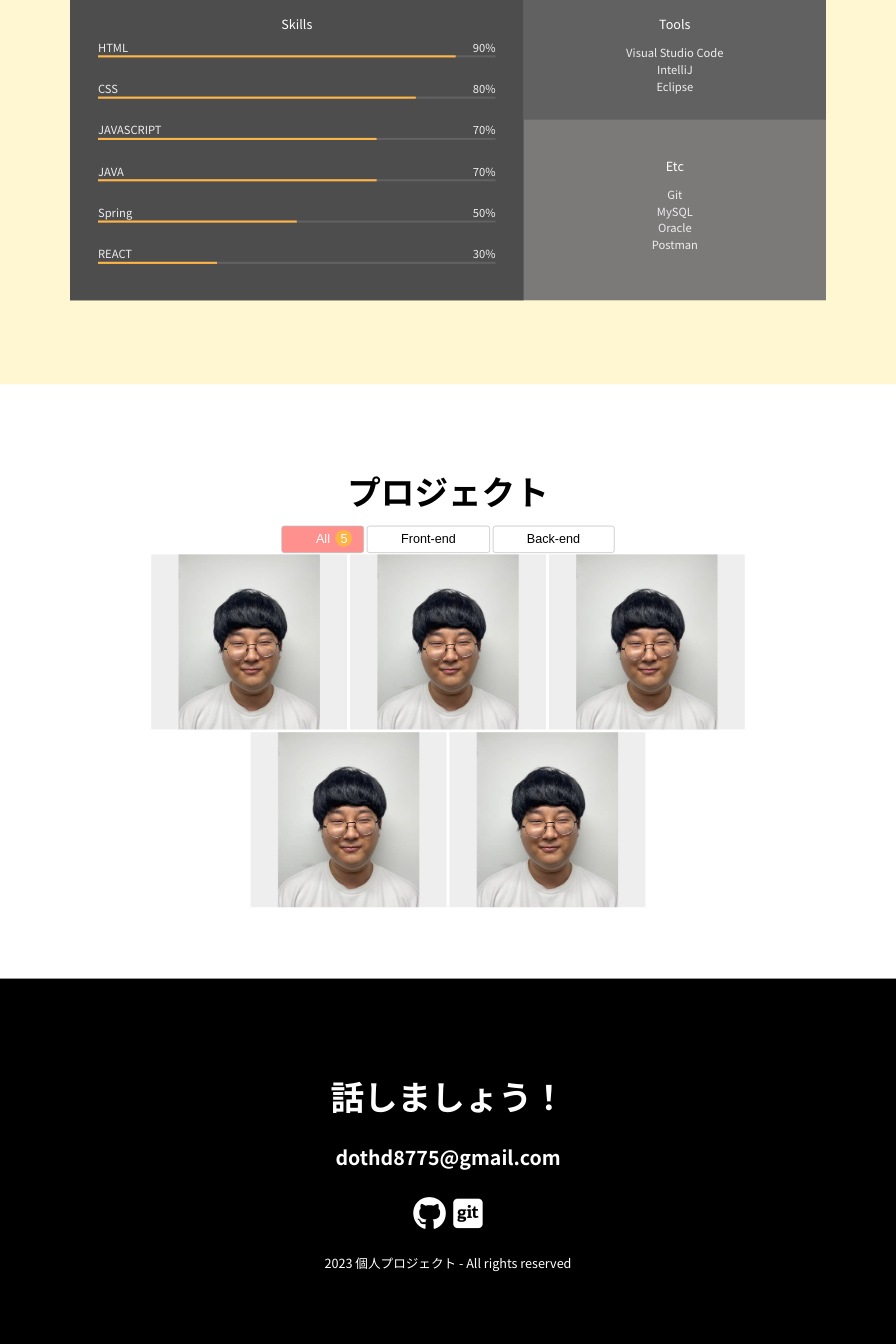
Repository: N1C0N1C0/website_introduction
Page: index.html
The author's editor kept a copy of each file at every save. The page is drawn from the files as they stood at one save, then again after the next save.
The browser window is 1280 px wide. The pictures show the part of the page from y = 1860 to 3780 px (the page is 3780 px tall), at 70% of full size.
Some web libraries are served in a nearby version.

Above is the page before, as saved 2023-08-29 03:16:40.

After the next save:
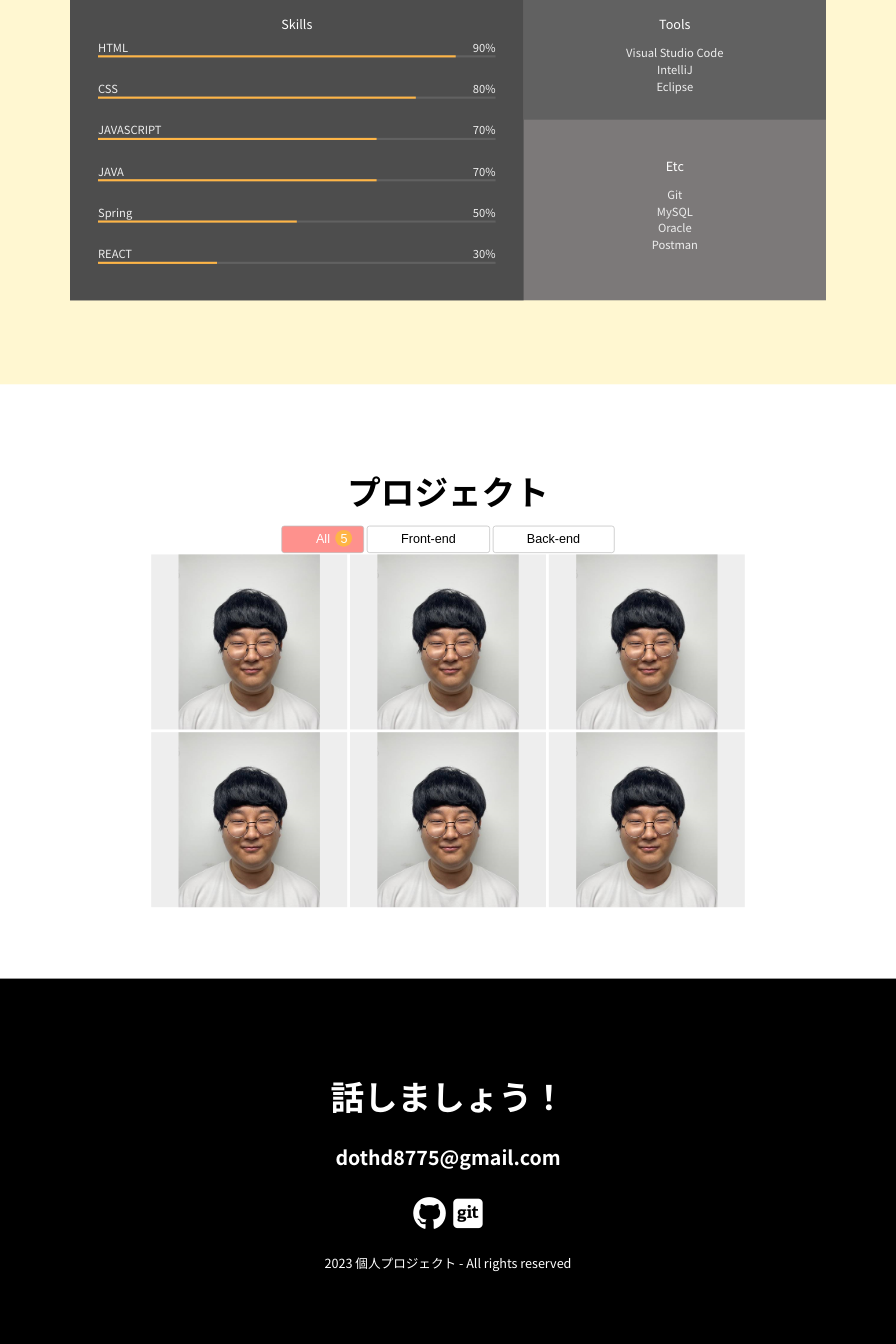
Saved 30 s later.
--- a/index.html
+++ b/index.html
@@ -278,6 +278,22 @@
             <span>Clone coding with HTML and CSS</span>
           </div>
         </a>
+        <a
+          href="https://www.youtube.com/@dream-coding"
+          class="project"
+          target="_blank"
+          data-type="back-end"
+        >
+          <img
+            src="imgs/projects/안종민.png"
+            alt="Anzang"
+            class="project__img"
+          />
+          <div class="project__description">
+            <h3>Youtube Site</h3>
+            <span>Clone coding with HTML and CSS</span>
+          </div>
+        </a>
       </div>
       </div>
     </section>
